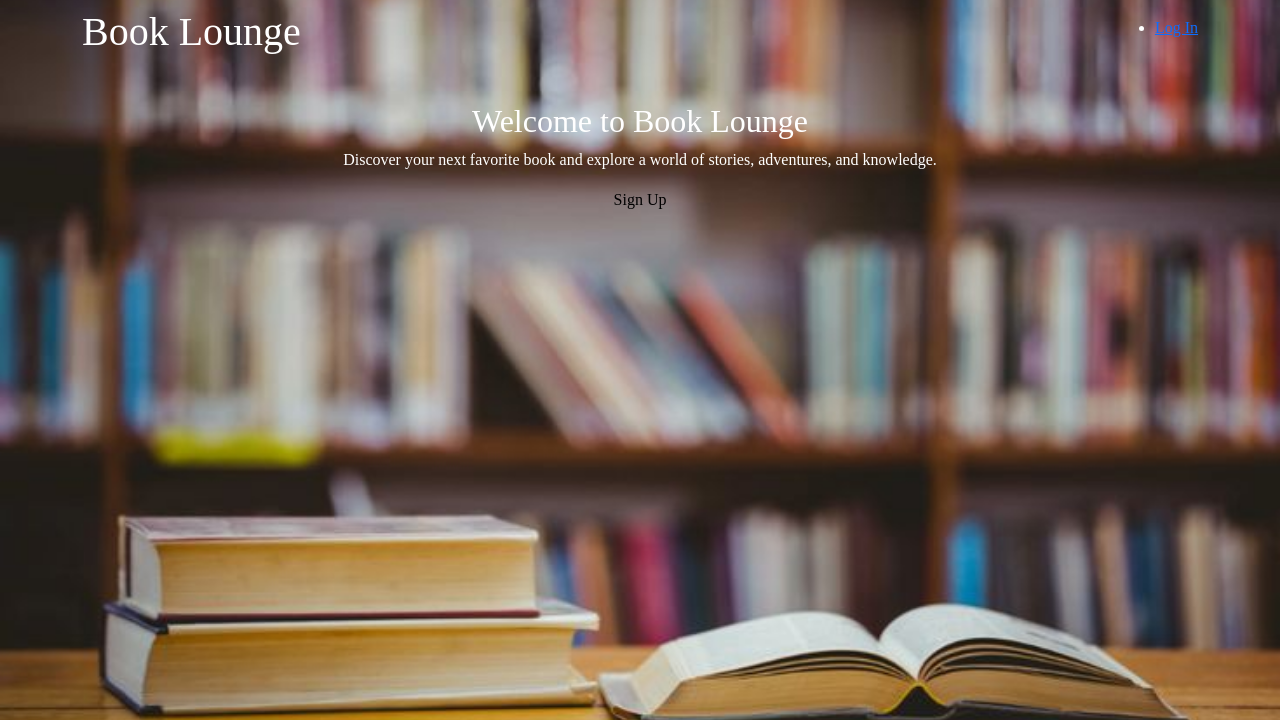
Repository: moehaymanmyint/Book-Longue-Web-System
Page: pages/GetStarted.html
The author's editor kept a copy of each file at every save. The page is drawn from the files as they stood at one save, then again after the next save.
The browser window is 1280 px wide. The pictures show the whole page.
Some web fonts or font styles are not loaded; a fallback is used.

Above is the page before, as saved 2024-12-30 18:39:20.

### pages/GetStarted.html
<!DOCTYPE html>
<html lang="en">
<head>
    <meta charset="UTF-8">
    <meta name="viewport" content="width=device-width, initial-scale=1.0">
    <title>Book Longue - Get Started</title>
    <link href="https://cdn.jsdelivr.net/npm/bootstrap@5.3.3/dist/css/bootstrap.min.css" rel="stylesheet" integrity="sha384-QWTKZyjpPEjISv5WaRU9OFeRpok6YctnYmDr5pNlyT2bRjXh0JMhjY6hW+ALEwIH" crossorigin="anonymous">
    <script src="https://cdn.jsdelivr.net/npm/bootstrap@5.3.3/dist/js/bootstrap.bundle.min.js" integrity="sha384-YvpcrYf0tY3lHB60NNkmXc5s9fDVZLESaAA55NDzOxhy9GkcIdslK1eN7N6jIeHz" crossorigin="anonymous"></script>
    <link rel="stylesheet" href="../style/GetStarted.css">
    <link rel="stylesheet" href="https://cdnjs.cloudflare.com/ajax/libs/font-awesome/6.7.2/css/all.min.css" integrity="sha512-Evv84Mr4kqVGRNSgIGL/F/aIDqQb7xQ2vcrdIwxfjThSH8CSR7PBEakCr51Ck+w+/U6swU2Im1vVX0SVk9ABhg==" crossorigin="anonymous" referrerpolicy="no-referrer" />
    <link rel="preconnect" href="https://fonts.googleapis.com">
</head>
<body>
    <nav class="navbar">
        <div class="container">
          <h1 class="logo">Book Lounge</h1>
          <ul class="nav-links">
            <li><a href="login.html" class="login-btn">Log In</a></li>
          </ul>
        </div>
      </nav>

      <!-- Hero Section -->
      <header class="hero">
        <div class="overlay">
          <div class="content">
            <h2>Welcome to Book Lounge</h2>
            <p>Discover your next favorite book and explore a world of stories, adventures, and knowledge.</p>
            <a href="signup.html" class="button">Sign Up</a>
          </div>
        </div>
      </header>
</body>
</html>

### style/GetStarted.css
@import url('https://fonts.googleapis.com/css2?family=Playwrite+GB+S:ital,wght@0,100..400;1,100..400&display=swap');
*{
    font-family: "Playwrite GB S", serif;
}
body {
    background-image: url(../src/GetStart-bg.jpg);
    background-size: cover;
    background-repeat: no-repeat;
    background-position: center;
    height: 100vh;
    color: #ffffff;
    font-family: 'Arial', sans-serif;
    margin: 0;
}

.nav-bar {
    display: flex;
    justify-content: space-between;
    align-items: center;
    padding: 15px 30px;
    background-color: rgba(0, 0, 0, 0.6);
    border-bottom: 1px solid #ccc;
    position: fixed;
    width: 100%;
    z-index: 10;
    box-shadow: 0px 4px 6px rgba(0, 0, 0, 0.1);
}

.nav-bar .left {
    display: flex;
    justify-content: start;
    align-items: center;
}

.nav-bar .left img {
    width: 5%;
    margin: 10px;
}

.nav-bar h1 {
    font-size: 30px;
    color: #fff;
}

.nav-bar button {
    border: 1px solid #fff;
    background-color: transparent;
    color: #fff;
    padding: 8px 15px;
    border-radius: 5px;
    cursor: pointer;
    transition: 0.3s;
}

.nav-bar button:hover {
    background-color: #fff;
    color: #000;
}

.right a {
    text-decoration: none;
    color: white;
}

.right a:hover{
    color: #000;
}

.content a {
    text-decoration: none;
    color: black;
}

.content {
    display: flex;
    flex-direction: column;
    align-items: center;
    justify-content: center;
    text-align: center;
    height: 100%;
    padding-top: 30px;
}

.content h1 {
    font-size: 80px;
    text-align: center;
    line-height: 1.5;
    margin: 15px 0;
    color: #ffffff;
    text-shadow: 2px 2px 4px rgba(0, 0, 0, 0.7);
}
.content button {
    border: none;
    padding: 15px 30px;
    font-size: 18px;
    color: #000;
    background-color: #fff;
    border-radius: 25px;
    cursor: pointer;
    box-shadow: 0px 4px 6px rgba(0, 0, 0, 0.2);
    transition: 0.3s;
}

.content button:hover {
    background-color: #9d2f2f;
    color: #fff;
    transform: translateY(-2px);
}

After the next save:
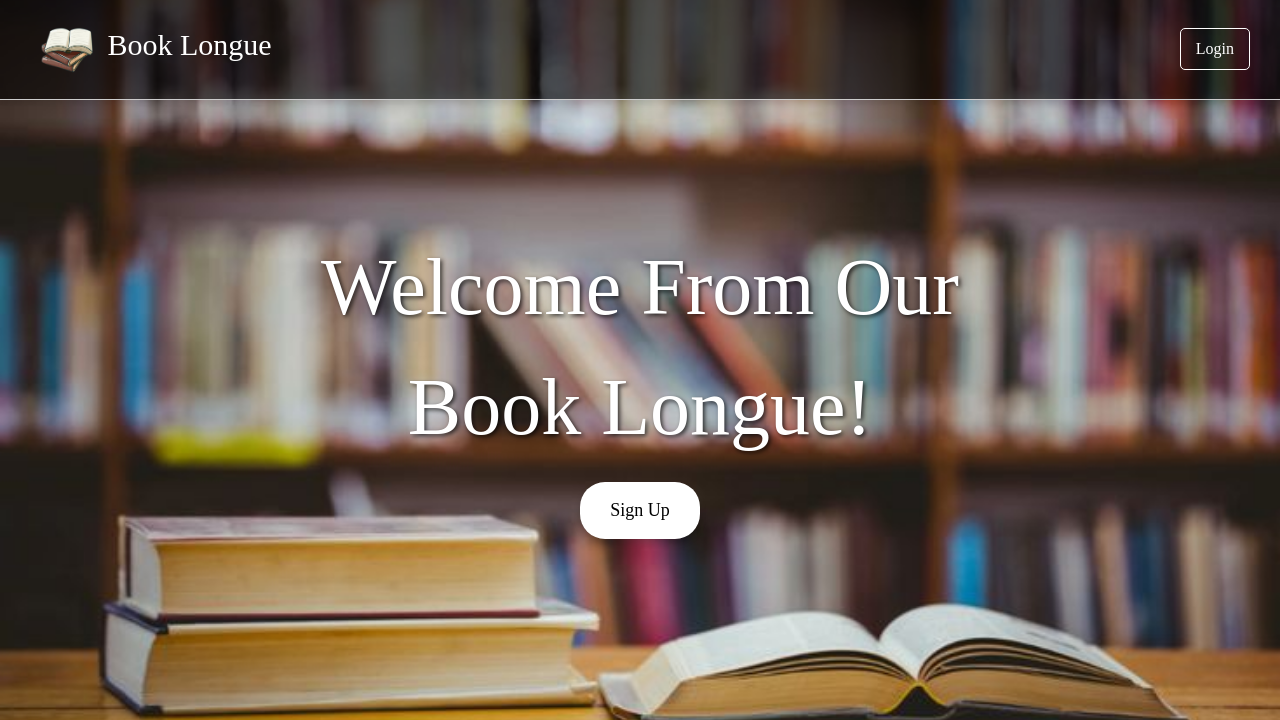
Saved 7 s later.
--- a/pages/GetStarted.html
+++ b/pages/GetStarted.html
@@ -11,24 +11,18 @@
     <link rel="preconnect" href="https://fonts.googleapis.com">
 </head>
 <body>
-    <nav class="navbar">
-        <div class="container">
-          <h1 class="logo">Book Lounge</h1>
-          <ul class="nav-links">
-            <li><a href="login.html" class="login-btn">Log In</a></li>
-          </ul>
+    <div class="nav-bar">
+        <div class="left">
+            <img src="../src/logo.png" alt="" width="10%">
+            <h1>Book Longue</h1>
         </div>
-      </nav>
-
-      <!-- Hero Section -->
-      <header class="hero">
-        <div class="overlay">
-          <div class="content">
-            <h2>Welcome to Book Lounge</h2>
-            <p>Discover your next favorite book and explore a world of stories, adventures, and knowledge.</p>
-            <a href="signup.html" class="button">Sign Up</a>
-          </div>
+        <div class="right">
+            <button type="button" class="login-btn btn btn-light"><a href="../pages/login.html">Login</a></button>
         </div>
-      </header>
+    </div>
+    <div class="content">
+        <h1>Welcome From Our<br>Book Longue!</h1>
+        <button type="button" class="btn btn-light"><a href="../pages/signup.html">Sign Up</a></button>
+    </div>
 </body>
 </html>
